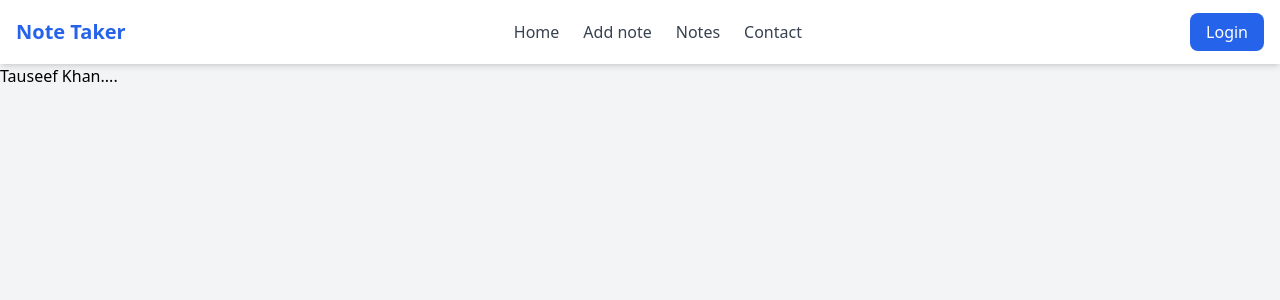
Repository: tauseefthedeveloper/NoteTaker
Page: http://localhost/NoteTaker/
These files come from the project's save history. The page is drawn as it stood at one moment and after the next save; the edit follows.
The browser window is 1280 px wide. The pictures show the whole page.
Some web libraries are served in a nearby version. The page is served by Tomcat 9.

Above is the page before, as saved 2025-08-27 10:58:09.

After the next save:
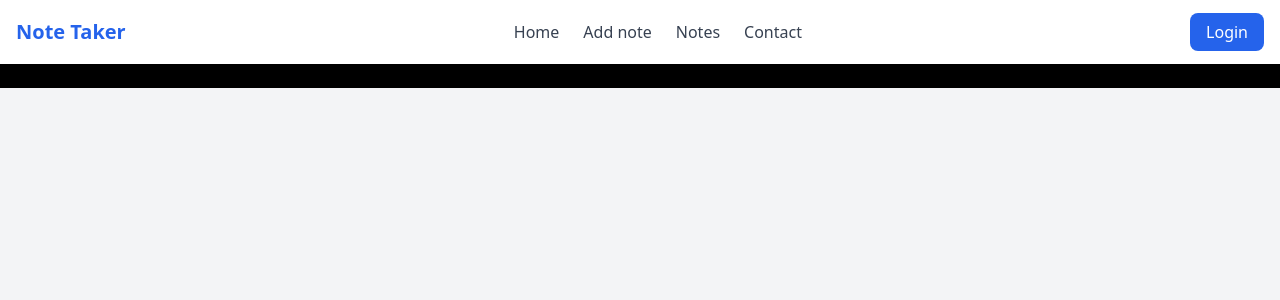
Saved 19 s later.
--- a/NoteTaker/src/main/webapp/CSS/style.css
+++ b/NoteTaker/src/main/webapp/CSS/style.css
@@ -3,3 +3,6 @@ body{
 	margin:0;
 	background-color:black;
 }
+div h1{
+	background-color:black;
+}
